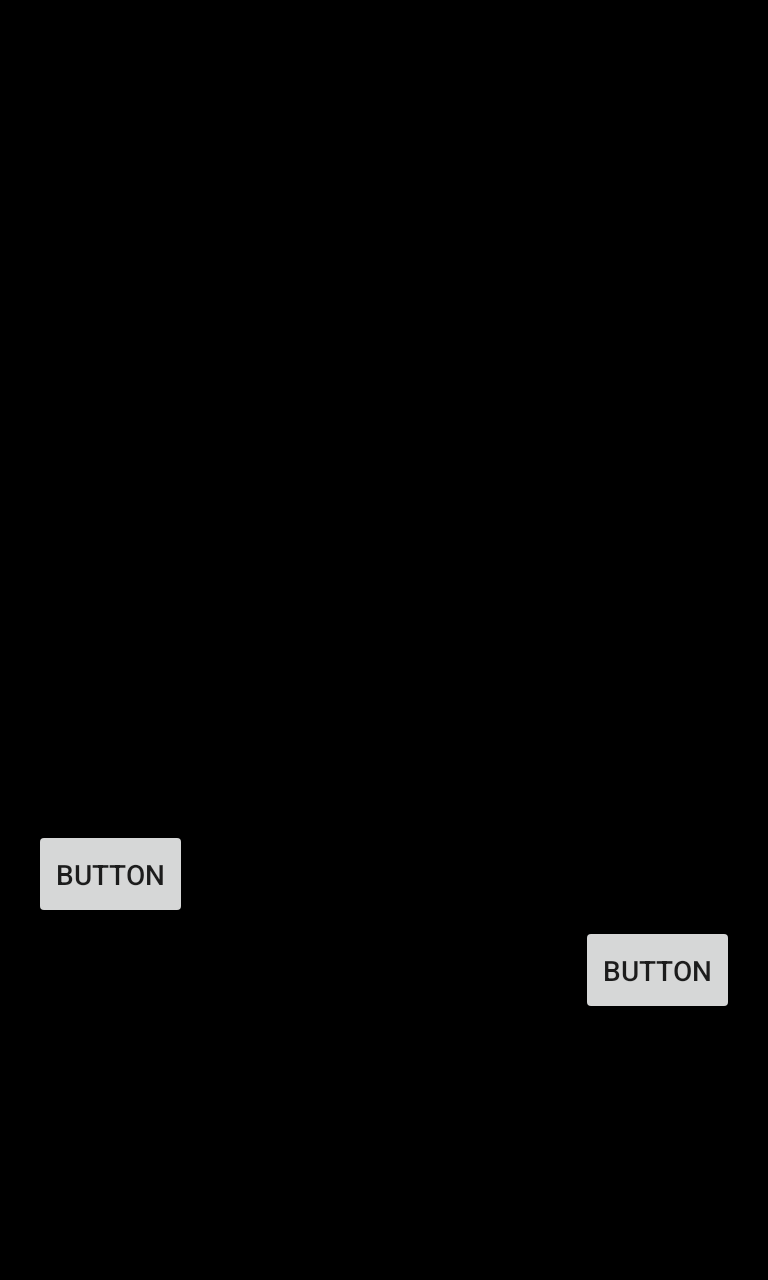
Repository: Dsupreme/MC_tictactoe
Layout: basicgrid/res/layout/tutorial1.xml
The author's editor kept a copy of each file at every save. The layout is drawn from the files as they stood at one save, then again after the next save.
It is drawn on a 768 x 1280 px phone screen (xhdpi) without system bars, with theme AppTheme; the app's code is not run. The app's manifest (not shown) leaves right-to-left support off. So textAlignment, textDirection and layoutDirection are ignored, and left and right values win over start and end ones.

Above is the layout before, as saved 2014-12-02 04:57:22.

After the next save:
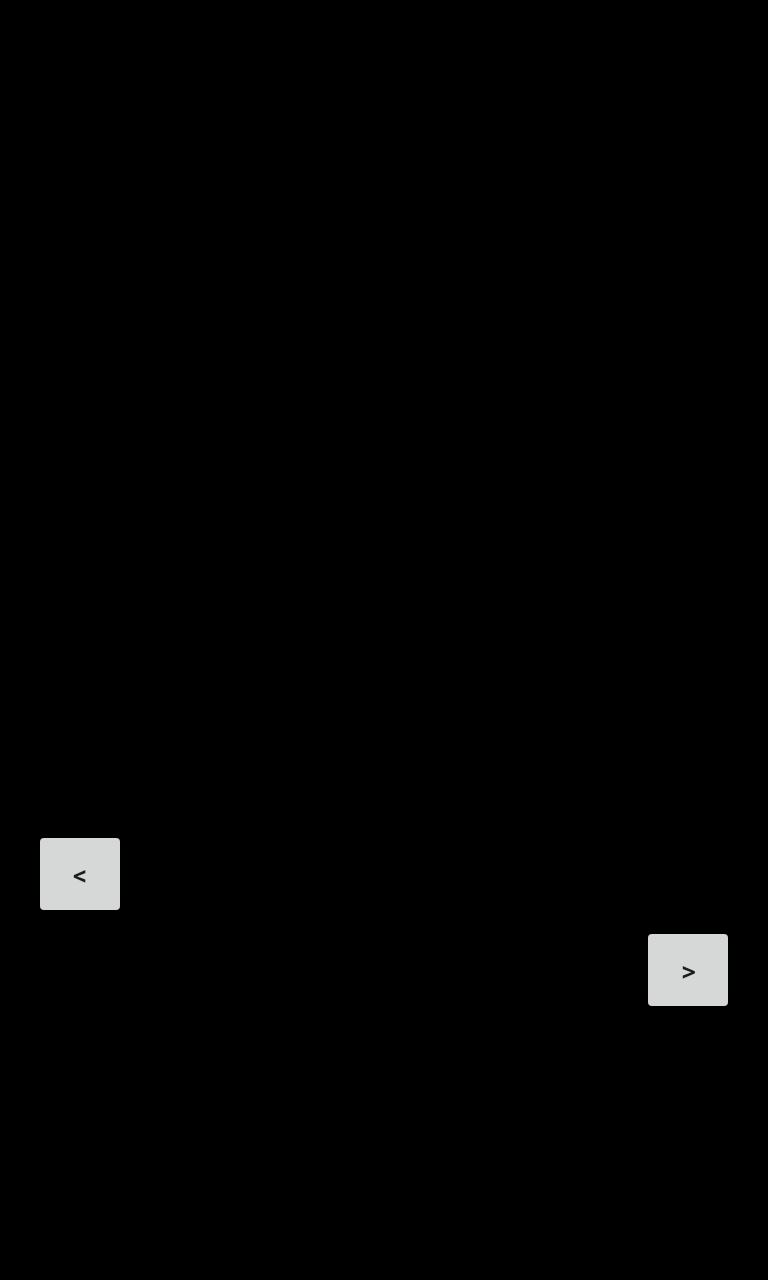
Saved 97 s later.
--- a/basicgrid/res/layout/tutorial1.xml
+++ b/basicgrid/res/layout/tutorial1.xml
@@ -38,7 +38,7 @@
         android:layout_width="wrap_content"
         android:layout_height="wrap_content"
         android:layout_gravity="left"
-        android:text="Button" />
+        android:text="<" />
 
     <Button
         android:id="@+id/right"
@@ -46,6 +46,6 @@
         android:layout_width="wrap_content"
         android:layout_height="wrap_content"
         android:layout_gravity="right"
-        android:text="Button" />
+        android:text=">" />
 
 </LinearLayout>
